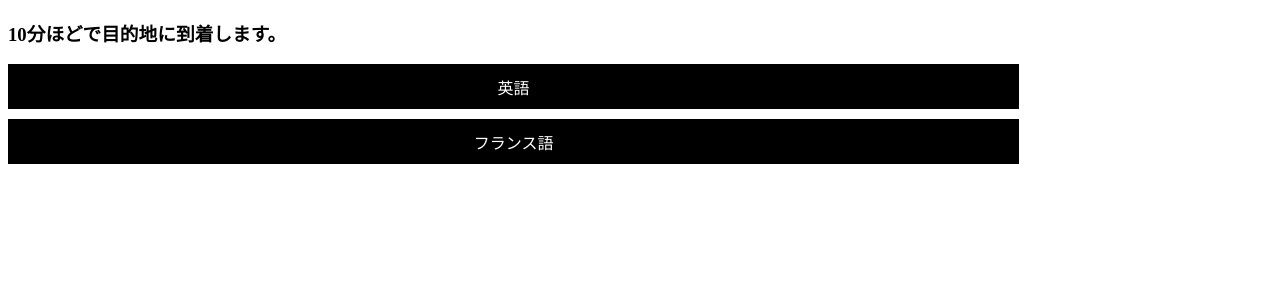
Repository: MBR3/MBR3.github.io
Page: index.html
These files come from the project's save history. The page is drawn as it stood at one moment and after the next save; the edit follows.
The browser window is 1280 px wide. The pictures show the whole page.

Above is the page before, as saved 2022-10-22 12:42:24.

After the next save:
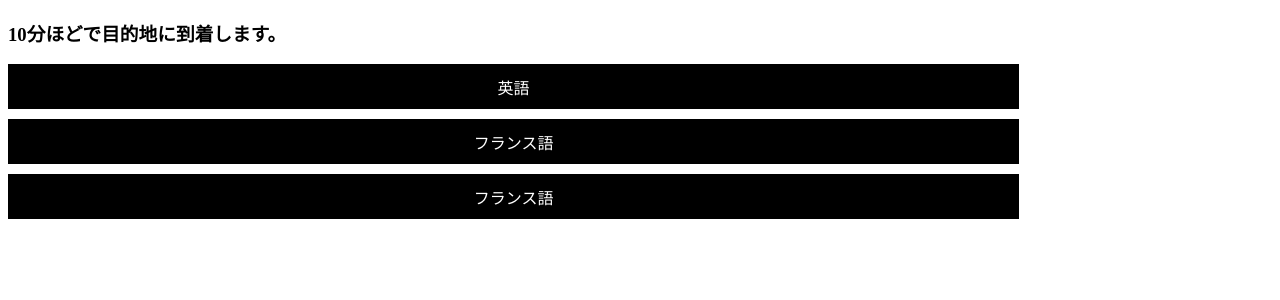
Saved 89 s later.
--- a/index.html
+++ b/index.html
@@ -18,5 +18,10 @@
         <audio id="fra_btn_audio">
             <source src="./audio/france-10.mp3" type="audio/mp3">
         </audio>
+
+        <div class="btn" onclick="ger_audio()">フランス語</div>
+        <audio id="ger_btn_audio">
+            <source src="./audio/german-10.mp3" type="audio/mp3">
+        </audio>
     </body>
 </html>
